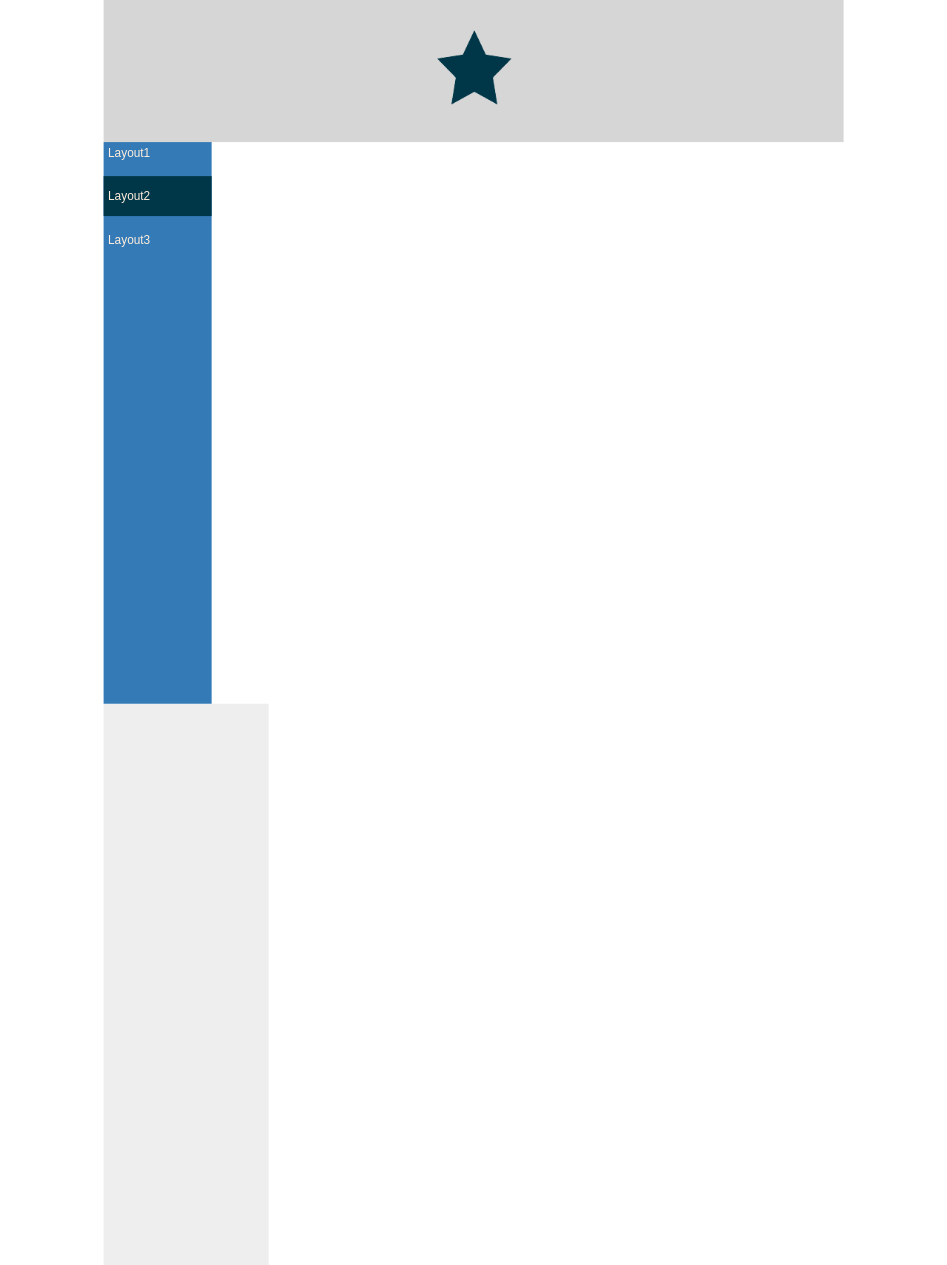
Repository: baliayassin/MyGame
Page: Documents/Aptana Studio 3 Workspace/homeWork2/layOut2.html
An editor plug-in stored every save of this project. The page is shown before and after the next save, followed by the edit.
The browser window is 1280 px wide. The pictures show the whole page, at 74% of full size.

Above is the page before, as saved 2017-11-29 12:37:42.

### Documents/Aptana Studio 3 Workspace/homeWork2/layOut2.html
<!DOCTYPE html>
<html>

	<html>
	<head>

		<title> HomeWork2</title>
		<link rel="stylesheet" href="includes/style.css" />
		<meta charset="utf-8" />
	</head>


	<body id="wrapper2">
<main>
		<header>
	       <a href="layOut2.html"> </a>
        </header>
    <nav>
    		<ul>
					<li> <a href="index.html">Layout1 </a> </li>
					<li> <span><a href="layOut2.html">Layout2 </a> </span></li>
					<li><a href="#">Layout3 </a> </li>

				</ul>

    </nav>

    <aside> </aside>






		</main>


		<footer>


			</footer>



	</body>


</html>

### Documents/Aptana Studio 3 Workspace/homeWork2/includes/style.css
*{
	margin:0px;
	padding: 0px;
}

main, nav, aside, footer, section, article, header {
	display:  block;

	/*border: 1px solid black;*/
}

#wrapper {
	margin: 0px auto;
	width: 1000px;
}
#wrapper header{

	height:192px;
	background: #d6d6d6;

}

#wrapper header a{

	width:102px;
	height:102px;
	background-image:url("../images/star.png");
	position:relative;
	display:block;
	margin:0px auto;
	top: 40px;
    background-repeat: no-repeat;


}


#wrapper nav {

	height: 62px;
	background: #337AB7;

}

#wrapper nav ul{

	list-style-type: none;
	text-decoration: none;
	margin-left: 45px;

}

#wrapper nav ul li{

	float:left;

}

#wrapper nav a{

	display: inline-block;
	text-decoration: none;
	color: #ffeedd;
	font-family: Arial;



}

#wrapper nav span a{

	background:#003748;
	margin:10px auto;
	padding:12px 90px;


}
#wrapper nav li > a{

	margin:20px 85px;

}
#wrapper section{
	direction:rtl;
	display: inline-block;
	margin-top: 100px;
	vertical-align: top;


}
#wrapper section article{

	display:block;
	background: #62C462;
	margin-right: 25px;
	margin-left: 32px;
	margin-top: 30px;
}

#wrapper section article:first-child{

	height:121px;
	width:699px;


}
#wrapper section article:nth-child(2){

	height: 200px;
	width: 699px;


}
#wrapper section article:nth-child(3){

	height: 125px;
	width: 186px;


}

#wrapper aside{

	background: #EEEEEE;
	height: 697px;
	width: 240px;
	display: inline-block;

}

#wrapper aside article{

	background: #62C462;
	width:185px;
	height:126px;
	position: relative;
	margin-top: 264px;
	margin-left: 45px;


}

#wrapper footer{

	height:52px;
	background: #D6D6D6;
	margin-top:-4px;

}










#wrapper2 {
	margin: 0px auto;
	width: 1000px;
}
#wrapper2 header{

	height:192px;
	background: #d6d6d6;

}

#wrapper2 header a{

	width:102px;
	height:102px;
	background-image:url("../images/star.png");
	position:relative;
	display:block;
	margin:0px auto;
    top: 40px;
    background-repeat: no-repeat;


}


#wrapper2 nav {

	width:146px;
	height: 759px;
	background: #337AB7;

    display: inline-block;
}




#wrapper2 nav ul {
	list-style-type: none;
}

#wrapper2 nav a{
	display: inline-block;
	text-decoration: none;
	color: #ffeedd;
	font-family: "Arial";
}

#wrapper2 nav li > a{
	margin-top: 6px;
	margin-bottom: 22px;
	margin-left: 6px;
}

#wrapper2 nav span a{
	background-color: #003748;
	padding-top: 18px;
	margin-bottom: 18px;
	padding-bottom: 18px;
	padding-left: 6px;
	width: 140px;
}


#wrapper2 aside{

	background-color: #eeeeee;
	width: 223px;
	height: 759px;
}

After the next save:
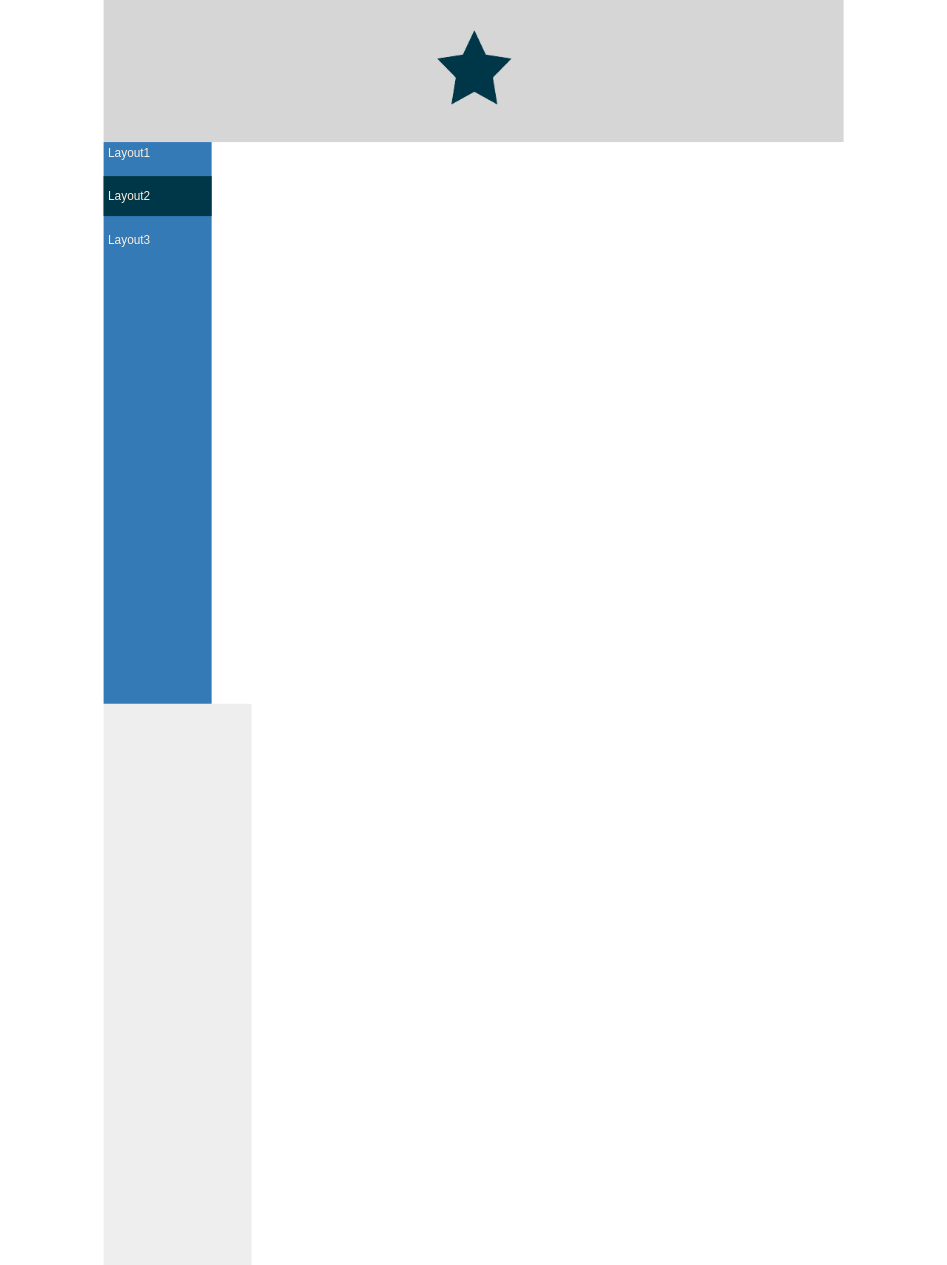
Saved 18 s later.
--- a/Documents/Aptana Studio 3 Workspace/homeWork2/includes/style.css
+++ b/Documents/Aptana Studio 3 Workspace/homeWork2/includes/style.css
@@ -225,6 +225,6 @@
 #wrapper2 aside{
 
 	background-color: #eeeeee;
-	width: 223px;
+	width: 200px;
 	height: 759px;
 }

After the save that followed:
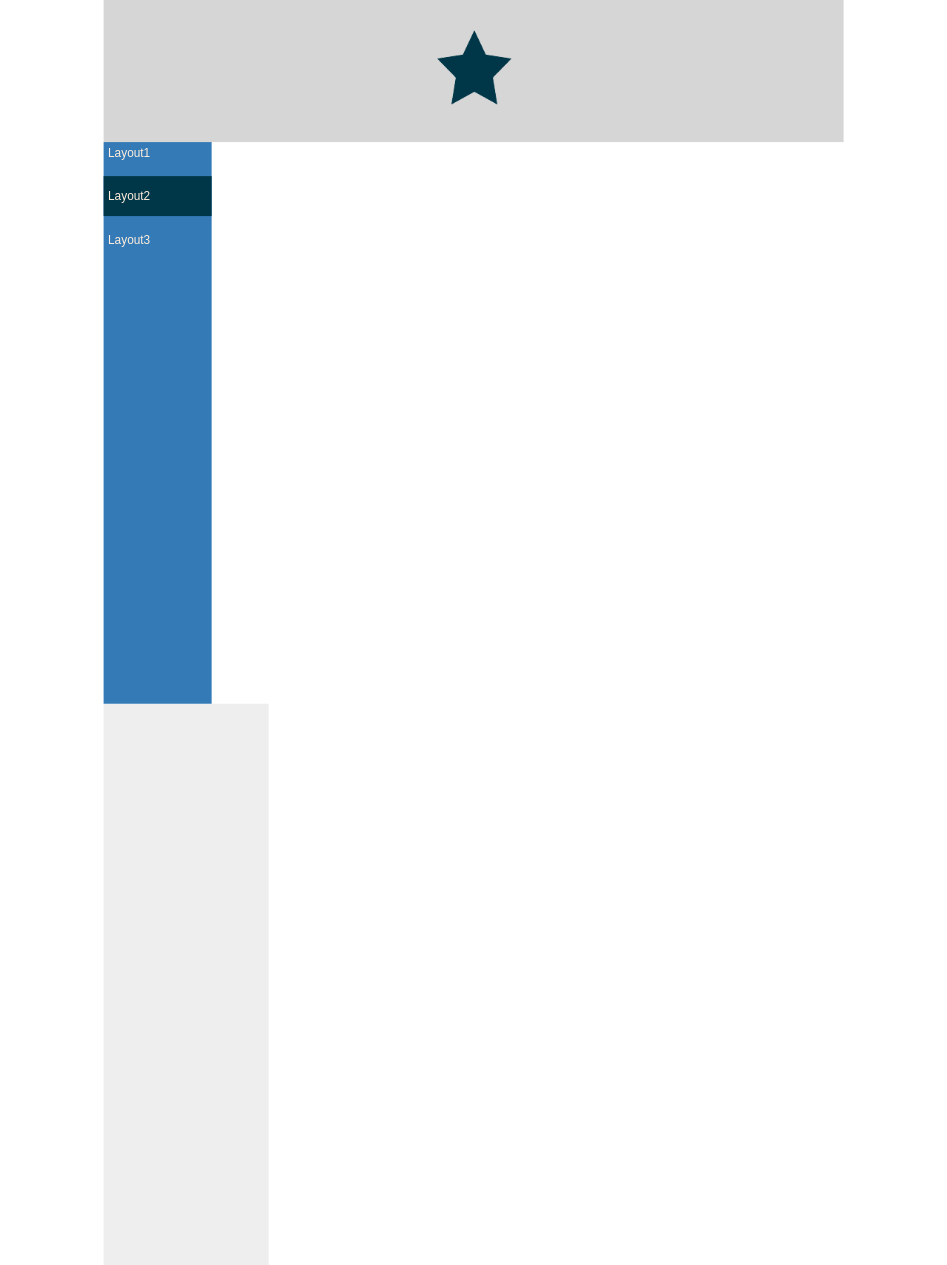
Saved 16 s later.
--- a/Documents/Aptana Studio 3 Workspace/homeWork2/includes/style.css
+++ b/Documents/Aptana Studio 3 Workspace/homeWork2/includes/style.css
@@ -225,6 +225,6 @@
 #wrapper2 aside{
 
 	background-color: #eeeeee;
-	width: 200px;
+	width: 223px;
 	height: 759px;
 }
